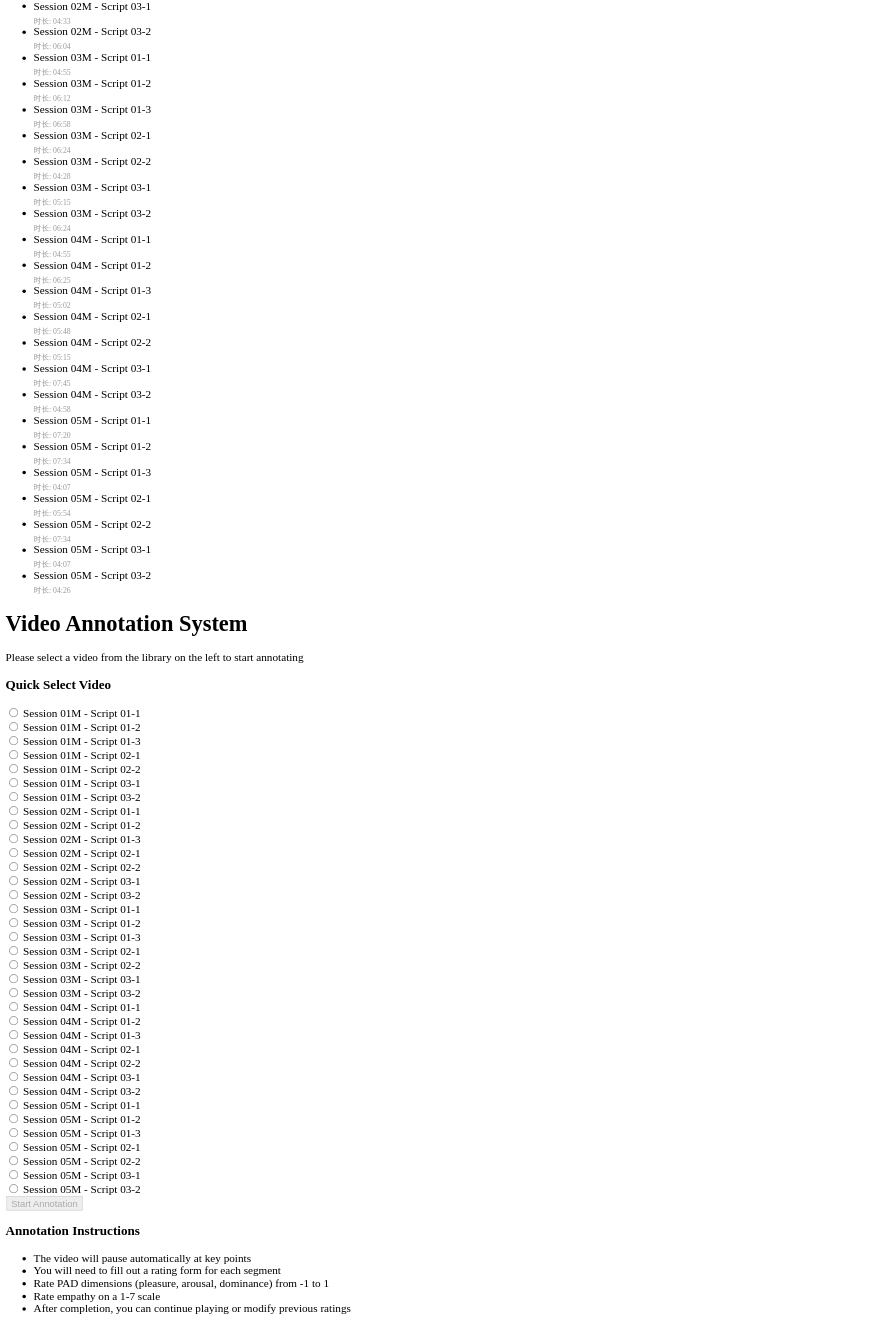
Repository: Matsuyou-Wang/MPES-system
Page: annotation.html
The author's editor kept a copy of each file at every save. The page is drawn from the files as they stood at one save, then again after the next save.
The browser window is 1280 px wide. The pictures show the part of the page from y = 601 to 2501 px (the page is 4048 px tall before and 4030 px after), at 70% of full size.
A picture or video elsewhere on the page could not be fetched, so the positions and the page height are approximate.

Above is the page before, as saved 2025-11-24 21:28:00.
Console error: TypeError: Cannot read properties of null (reading 'addEventListener')

### annotation.html
<!DOCTYPE html>
<html lang="en">
<head>
    <meta charset="UTF-8">
    <meta name="viewport" content="width=device-width, initial-scale=1.0">
    <title>Annotation System - Video Rating</title>
    <link rel="stylesheet" href="styles.css">
</head>
<body>
    <div class="container">
        <!-- Sidebar: Video Library -->
        <aside class="sidebar">
            <div class="sidebar-header">
                <h2 id="genderTitle">Video Library</h2>
                <button id="changeGenderBtn" class="btn btn-secondary" style="margin-top: 10px; width: 100%;">Change Gender</button>
            </div>
            <div class="video-library">
                <h3>Available Videos</h3>
                <ul id="videoList" class="video-list">
                    <!-- Videos loaded dynamically -->
                </ul>
            </div>
        </aside>

        <!-- Main Content Area -->
        <main class="main-content">
            <!-- Initial Selection View -->
            <div id="selectionView" class="view active">
                <div class="welcome-box">
                    <h1>Video Annotation System</h1>
                    <p>Please select a video from the library on the left to start annotating</p>

                    <div class="video-selection-panel">
                        <h3>Quick Select Video</h3>
                        <div id="quickVideoList" class="quick-video-list">
                            <!-- Videos loaded dynamically here -->
                        </div>
                        <button id="startBtn" class="btn btn-primary" disabled>Start Annotation</button>
                    </div>

                    <div class="info-box">
                        <h3>Annotation Instructions</h3>
                        <ul>
                            <li>The video will pause automatically at key points</li>
                            <li>You will need to fill out a rating form for each segment</li>
                            <li>Rate PAD dimensions (pleasure, arousal, dominance) from -1 to 1</li>
                            <li>Rate empathy on a 1-7 scale</li>
                            <li>After completion, you can continue playing or modify previous ratings</li>
                        </ul>
                    </div>
                </div>
            </div>

            <!-- Video Playing and Annotation View -->
            <div id="annotationView" class="view">
                <!-- Left: Video List Panel -->
                <div class="annotation-left-panel">
                    <h3>Video List</h3>
                    <ul id="annotationVideoList" class="annotation-video-list">
                        <!-- Videos loaded dynamically -->
                    </ul>
                </div>

                <!-- Center: Video Player -->
                <div class="annotation-center-panel">
                    <div class="video-player-container">
                        <video id="videoPlayer" class="video-player">
                            <source src="" type="video/mp4">
                            Your browser does not support video playback
                        </video>
                        <div class="video-controls">
                            <button id="playBtn" class="control-btn">Play</button>
                            <button id="pauseBtn" class="control-btn">Pause</button>
                            <span id="currentTime" class="time-display">00:00</span>
                            <span class="time-separator">/</span>
                            <span id="duration" class="time-display">00:00</span>
                            <div class="progress-bar">
                                <div id="progress" class="progress-fill"></div>
                            </div>
                        </div>
                    </div>
                </div>

                <!-- Right: Annotation History Panel -->
                <div class="annotation-right-panel">
                    <h3>Annotation Progress</h3>
                    <div id="historyList" class="history-list">
                        <!-- Annotation records added dynamically -->
                    </div>
                </div>
            </div>
        </main>
    </div>

    <!-- Annotation Questionnaire Modal -->
    <div id="annotationModal" class="modal">
        <div class="modal-content">
            <div class="modal-header">
                <h2>Annotation Form</h2>
                <span class="close-btn">&times;</span>
            </div>

            <div class="modal-body">
                <div class="timestamp-info">
                    <p>Video time: <span id="modalTimestamp">00:00</span></p>
                </div>

                <!-- Empathy Assessment Section -->
                <div class="scale-section">
                    <p class="section-description">Please rate the second speaker on each dimension below on a scale from 1 (Not at all) to 7 (Extensively).</p>

                    <!-- Question 1: Concern -->
                    <div class="empathy-question">
                        <h4>1. Concern</h4>
                        <p>The second speaker shows genuine concern and interest in the first speaker's situation and well-being.</p>
                        <div class="likert-scale">
                            <label><input type="radio" name="concern" value="1"> 1 - Not at all</label>
                            <label><input type="radio" name="concern" value="2"> 2 - A little</label>
                            <label><input type="radio" name="concern" value="3"> 3 - Infrequently</label>
                            <label><input type="radio" name="concern" value="4"> 4 - Somewhat</label>
                            <label><input type="radio" name="concern" value="5"> 5 - Quite a bit</label>
                            <label><input type="radio" name="concern" value="6"> 6 - Considerably</label>
                            <label><input type="radio" name="concern" value="7"> 7 - Extensively</label>
                        </div>
                    </div>

                    <!-- Question 2: Expressiveness -->
                    <div class="empathy-question">
                        <h4>2. Expressiveness</h4>
                        <p>The second speaker uses vocal tone, energy, and pacing that fit the first speaker's emotional state.</p>
                        <div class="likert-scale">
                            <label><input type="radio" name="expressiveness" value="1"> 1 - Not at all</label>
                            <label><input type="radio" name="expressiveness" value="2"> 2 - A little</label>
                            <label><input type="radio" name="expressiveness" value="3"> 3 - Infrequently</label>
                            <label><input type="radio" name="expressiveness" value="4"> 4 - Somewhat</label>
                            <label><input type="radio" name="expressiveness" value="5"> 5 - Quite a bit</label>
                            <label><input type="radio" name="expressiveness" value="6"> 6 - Considerably</label>
                            <label><input type="radio" name="expressiveness" value="7"> 7 - Extensively</label>
                        </div>
                    </div>

                    <!-- Question 3: Emotional Resonance -->
                    <div class="empathy-question">
                        <h4>3. Emotional Resonance</h4>
                        <p>The second speaker sensitively reflects the intensity of the first speaker's emotions.</p>
                        <div class="likert-scale">
                            <label><input type="radio" name="emotional_resonance" value="1"> 1 - Not at all</label>
                            <label><input type="radio" name="emotional_resonance" value="2"> 2 - A little</label>
                            <label><input type="radio" name="emotional_resonance" value="3"> 3 - Infrequently</label>
                            <label><input type="radio" name="emotional_resonance" value="4"> 4 - Somewhat</label>
                            <label><input type="radio" name="emotional_resonance" value="5"> 5 - Quite a bit</label>
                            <label><input type="radio" name="emotional_resonance" value="6"> 6 - Considerably</label>
                            <label><input type="radio" name="emotional_resonance" value="7"> 7 - Extensively</label>
                        </div>
                    </div>

                    <!-- Question 4: Warmth -->
                    <div class="empathy-question">
                        <h4>4. Warmth</h4>
                        <p>The second speaker speaks in a warm, sincere, and supportive manner toward the first speaker.</p>
                        <div class="likert-scale">
                            <label><input type="radio" name="warmth" value="1"> 1 - Not at all</label>
                            <label><input type="radio" name="warmth" value="2"> 2 - A little</label>
                            <label><input type="radio" name="warmth" value="3"> 3 - Infrequently</label>
                            <label><input type="radio" name="warmth" value="4"> 4 - Somewhat</label>
                            <label><input type="radio" name="warmth" value="5"> 5 - Quite a bit</label>
                            <label><input type="radio" name="warmth" value="6"> 6 - Considerably</label>
                            <label><input type="radio" name="warmth" value="7"> 7 - Extensively</label>
                        </div>
                    </div>

                    <!-- Question 5: Attunement -->
                    <div class="empathy-question">
                        <h4>5. Attunement</h4>
                        <p>The second speaker notices and responds to subtle changes in the first speaker's mood, meaning, or emotional cues.</p>
                        <div class="likert-scale">
                            <label><input type="radio" name="attunement" value="1"> 1 - Not at all</label>
                            <label><input type="radio" name="attunement" value="2"> 2 - A little</label>
                            <label><input type="radio" name="attunement" value="3"> 3 - Infrequently</label>
                            <label><input type="radio" name="attunement" value="4"> 4 - Somewhat</label>
                            <label><input type="radio" name="attunement" value="5"> 5 - Quite a bit</label>
                            <label><input type="radio" name="attunement" value="6"> 6 - Considerably</label>
                            <label><input type="radio" name="attunement" value="7"> 7 - Extensively</label>
                        </div>
                    </div>

                    <!-- Question 6: Cognitive Understanding -->
                    <div class="empathy-question">
                        <h4>6. Cognitive Understanding</h4>
                        <p>The second speaker accurately understands what the first speaker is thinking and restates it clearly and without distortion.</p>
                        <div class="likert-scale">
                            <label><input type="radio" name="cognitive_understanding" value="1"> 1 - Not at all</label>
                            <label><input type="radio" name="cognitive_understanding" value="2"> 2 - A little</label>
                            <label><input type="radio" name="cognitive_understanding" value="3"> 3 - Infrequently</label>
                            <label><input type="radio" name="cognitive_understanding" value="4"> 4 - Somewhat</label>
                            <label><input type="radio" name="cognitive_understanding" value="5"> 5 - Quite a bit</label>
                            <label><input type="radio" name="cognitive_understanding" value="6"> 6 - Considerably</label>
                            <label><input type="radio" name="cognitive_understanding" value="7"> 7 - Extensively</label>
                        </div>
                    </div>

                    <!-- Question 7: Understanding of Feelings -->
                    <div class="empathy-question">
                        <h4>7. Understanding of Feelings</h4>
                        <p>The second speaker demonstrates an accurate understanding of the first speaker's emotions and inner experiences.</p>
                        <div class="likert-scale">
                            <label><input type="radio" name="understanding_feelings" value="1"> 1 - Not at all</label>
                            <label><input type="radio" name="understanding_feelings" value="2"> 2 - A little</label>
                            <label><input type="radio" name="understanding_feelings" value="3"> 3 - Infrequently</label>
                            <label><input type="radio" name="understanding_feelings" value="4"> 4 - Somewhat</label>
                            <label><input type="radio" name="understanding_feelings" value="5"> 5 - Quite a bit</label>
                            <label><input type="radio" name="understanding_feelings" value="6"> 6 - Considerably</label>
                            <label><input type="radio" name="understanding_feelings" value="7"> 7 - Extensively</label>
                        </div>
                    </div>

                    <!-- Question 8: Acceptance -->
                    <div class="empathy-question">
                        <h4>8. Acceptance</h4>
                        <p>The second speaker validates the first speaker's emotions without judging, dismissing, or minimizing them.</p>
                        <div class="likert-scale">
                            <label><input type="radio" name="acceptance" value="1"> 1 - Not at all</label>
                            <label><input type="radio" name="acceptance" value="2"> 2 - A little</label>
                            <label><input type="radio" name="acceptance" value="3"> 3 - Infrequently</label>
                            <label><input type="radio" name="acceptance" value="4"> 4 - Somewhat</label>
                            <label><input type="radio" name="acceptance" value="5"> 5 - Quite a bit</label>
                            <label><input type="radio" name="acceptance" value="6"> 6 - Considerably</label>
                            <label><input type="radio" name="acceptance" value="7"> 7 - Extensively</label>
                        </div>
                    </div>

                    <!-- Question 9: Responsiveness -->
                    <div class="empathy-question">
                        <h4>9. Responsiveness</h4>
                        <p>The second speaker adapts replies in real time according to what the first speaker says, rather than pushing a fixed agenda.</p>
                        <div class="likert-scale">
                            <label><input type="radio" name="responsiveness" value="1"> 1 - Not at all</label>
                            <label><input type="radio" name="responsiveness" value="2"> 2 - A little</label>
                            <label><input type="radio" name="responsiveness" value="3"> 3 - Infrequently</label>
                            <label><input type="radio" name="responsiveness" value="4"> 4 - Somewhat</label>
                            <label><input type="radio" name="responsiveness" value="5"> 5 - Quite a bit</label>
                            <label><input type="radio" name="responsiveness" value="6"> 6 - Considerably</label>
                            <label><input type="radio" name="responsiveness" value="7"> 7 - Extensively</label>
                        </div>
                    </div>
                </div>
            </div>

            <div class="modal-footer">
                <button id="clearBtn" class="btn btn-secondary">Clear</button>
                <button id="confirmBtn" class="btn btn-primary">Confirm</button>
            </div>
        </div>
    </div>

    <!-- Edit Panel -->
    <div id="editPanel" class="edit-panel hidden">
        <div class="edit-panel-header">
            <h3>Edit Annotation</h3>
            <button class="close-edit-panel">&times;</button>
        </div>
        <div id="editList" class="edit-list">
            <!-- Edit items generated dynamically -->
        </div>
    </div>

    <script src="data/videos-extended.js"></script>
    <script src="data/annotation-config.js"></script>
    <script src="js/data-manager.js"></script>
    <script src="js/app.js"></script>
    <script src="js/tester.js"></script>
    <script>
        // 性别选择功能
        function goBack() {
            window.location.href = 'gender-selection.html';
        }

        // 获取URL参数
        function getUrlParameter(name) {
            name = name.replace(/[\[]/, '\\[').replace(/[\]]/, '\\]');
            var regex = new RegExp('[\\?&]' + name + '=([^&#]*)');
            var results = regex.exec(location.search);
            return results === null ? '' : decodeURIComponent(results[1].replace(/\+/g, ' '));
        }

        // 根据性别加载视频
        window.addEventListener('DOMContentLoaded', function() {
            const selectedGender = getUrlParameter('gender') || localStorage.getItem('selectedGender') || 'male';

            if (typeof ALL_VIDEOS !== 'undefined') {
                // 更新标题
                const genderTitle = document.getElementById('genderTitle');
                if (genderTitle) {
                    genderTitle.textContent = selectedGender === 'male' ? 'Male Videos' : 'Female Videos';
                }

                // 根据性别加载对应的视频
                if (selectedGender === 'male' && ALL_VIDEOS.male) {
                    window.videos = ALL_VIDEOS.male;
                } else if (selectedGender === 'female' && ALL_VIDEOS.female) {
                    window.videos = ALL_VIDEOS.female;
                } else {
                    // 默认使用男性视频
                    window.videos = ALL_VIDEOS.male || [];
                }

                // 存储当前选择
                localStorage.setItem('selectedGender', selectedGender);
            }

            // 初始化注释系统
            try {
                console.log('正在初始化注释系统...');
                if (typeof AnnotationSystem !== 'undefined') {
                    window.annotationSystem = new AnnotationSystem();
                    console.log('注释系统初始化成功');
                } else {
                    console.error('AnnotationSystem 类未找到');
                }
            } catch (error) {
                console.error('初始化注释系统时出错:', error);
            }

            // 绑定Change Gender按钮事件
            const changeGenderBtn = document.getElementById('changeGenderBtn');
            if (changeGenderBtn) {
                changeGenderBtn.addEventListener('click', goBack);
                console.log('Change Gender 按钮事件已绑定');
            } else {
                console.error('找不到Change Gender按钮');
            }
        });
    </script>
</body>
</html>

### data/annotation-config.js
/**
 * 视频标注点配置生成工具
 * 用于快速生成和管理标注点
 */

// 示例：自动生成等间隔的标注点
function generateEvenAnnotationPoints(videoDuration, intervalSeconds) {
    const points = [];
    for (let time = intervalSeconds; time < videoDuration; time += intervalSeconds) {
        points.push({ time: time });
    }
    return points;
}

// 示例：根据特定关键句的时间戳创建标注点
const ANNOTATION_TEMPLATE = {
    // 日常对话 - 每个说话人的关键句
    dailyConversation: [
        { time: 5, speaker: '说话人A', content: '你今天过得怎么样?' },
        { time: 15, speaker: '说话人B', content: '还不错，就是有点累。' },
        { time: 25, speaker: '说话人A', content: '那你想去散步吗?' },
        { time: 35, speaker: '说话人B', content: '好啊，我很想去。' }
    ],

    // 情感访谈 - 情感表达明显的句子
    emotionalInterview: [
        { time: 10, emotion: 'joy', intensity: 'high' },
        { time: 30, emotion: 'sadness', intensity: 'medium' },
        { time: 50, emotion: 'anger', intensity: 'high' },
        { time: 70, emotion: 'fear', intensity: 'low' }
    ]
};

// 导出模板
function exportTemplate(templateName, annotationPoints) {
    const config = {
        title: `从${templateName}创建的视频`,
        path: `assets/your-video.mp4`,
        duration: 0,  // 需要手动填写
        annotationPoints: annotationPoints.map(point => ({ time: point.time }))
    };
    console.log(JSON.stringify(config, null, 2));
    return config;
}

// 示例使用
console.log('标注点生成工具已加载');
console.log('使用示例：');
console.log('1. generateEvenAnnotationPoints(120, 10) - 生成120秒视频，每10秒一个标注点');
console.log('2. exportTemplate("dailyConversation", ANNOTATION_TEMPLATE.dailyConversation)');

Loaded but not shown: data/videos-extended.js (111 lines, source omitted); js/app.js (497 lines, source omitted); js/tester.js (194 lines, source omitted); js/data-manager.js (174 lines, source omitted); styles.css (no stored copy; drawn as an empty file)

After the next save:
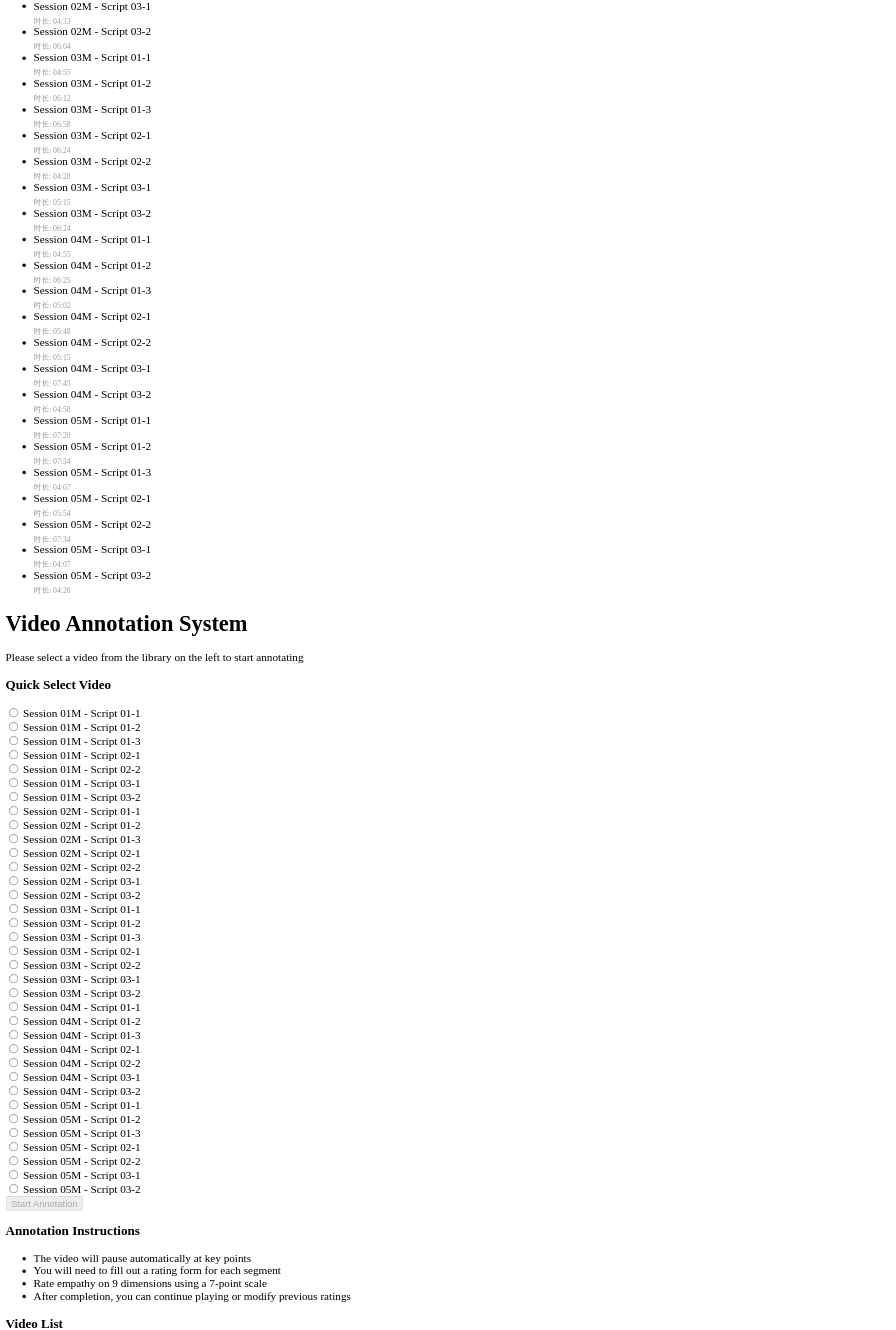
Saved 13 s later.
--- a/annotation.html
+++ b/annotation.html
@@ -43,8 +43,7 @@
                         <ul>
                             <li>The video will pause automatically at key points</li>
                             <li>You will need to fill out a rating form for each segment</li>
-                            <li>Rate PAD dimensions (pleasure, arousal, dominance) from -1 to 1</li>
-                            <li>Rate empathy on a 1-7 scale</li>
+                            <li>Rate empathy on 9 dimensions using a 7-point scale</li>
                             <li>After completion, you can continue playing or modify previous ratings</li>
                         </ul>
                     </div>
